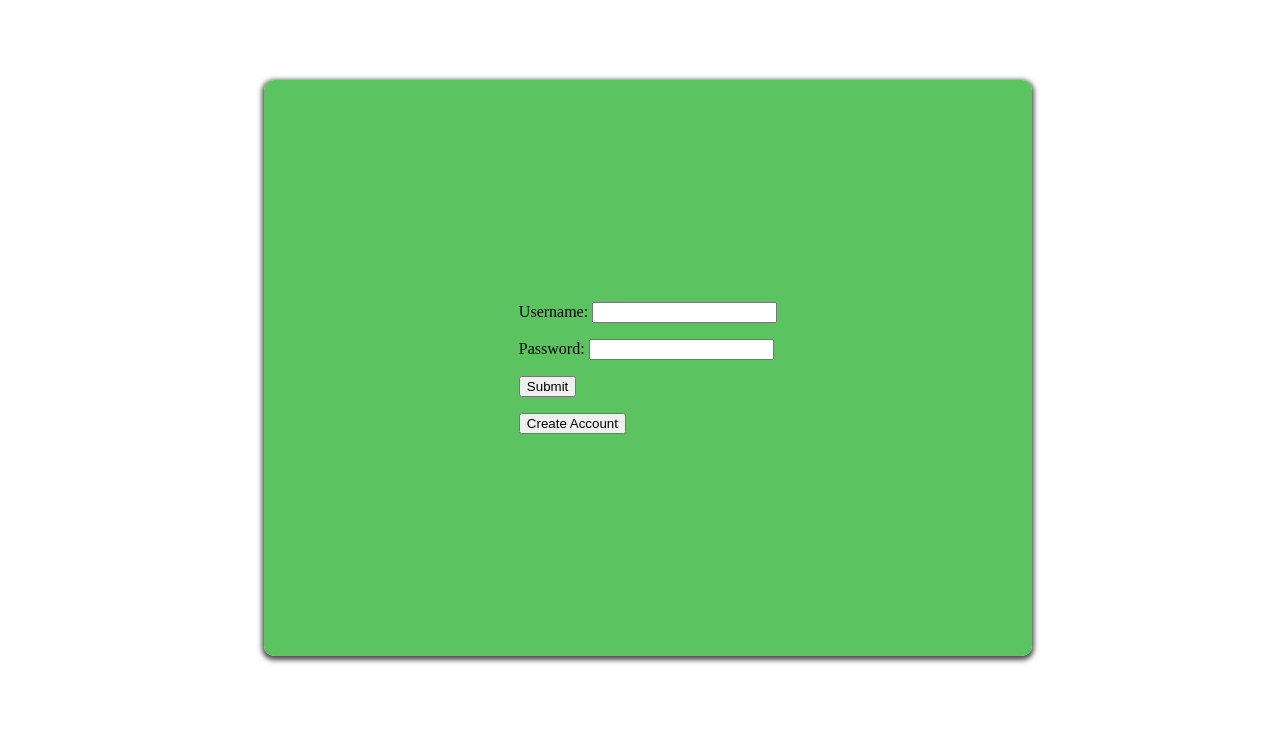
Repository: Jtho28/4830-group-project
Page: Esports-webproj/src/main/webapp/WEB-INF/Login.html
An editor plug-in stored every save of this project. The page is shown before and after the next save, followed by the edit.
The browser window is 1280 px wide. The page is 1288 px wide, so the pictures cover 1288 px, including what lies to the right of the window. The pictures show the whole page.

Above is the page before, as saved 2022-11-16 21:02:28.

### Esports-webproj/src/main/webapp/WEB-INF/Login.html
<!DOCTYPE html>
<html>
<head>
<meta charset="UTF-8">
<title>Login</title>
<link rel="stylesheet" href="login.css">
</head>
<body>
<div class="login">
<form action="Login" method="post">
<p>Username: <input type="text" name="username" /></p>
<p>Password: <input type="password" name="password" /></p>
<p><input type="submit" /></p>
<p><button type="button">
Create Account
</button>
</form>
</div>
</body>
</html>

### Esports-webproj/src/main/webapp/WEB-INF/login.css
@charset "UTF-8";

body {
	display: flex;
	align-items: center;
	justify-content: center;
	height: 100vh;
	width: 100vw;

}

.login {
	height: 80vh;
	width: 60vw;
	display: flex;
	align-items: center;
	justify-content: center;

	border-radius: 10px;
	background: rgba(50, 181, 55, .8);
	transition: ease all 0.5s;
	box-shadow: 0 2px 5px 2px rgba(0,0,0, .7)
}
.login:hover {
	background: rgba(50, 181, 55, .5);
}

h1 {
	color: yellow;
	margin-left: 20px;
}

After the next save:
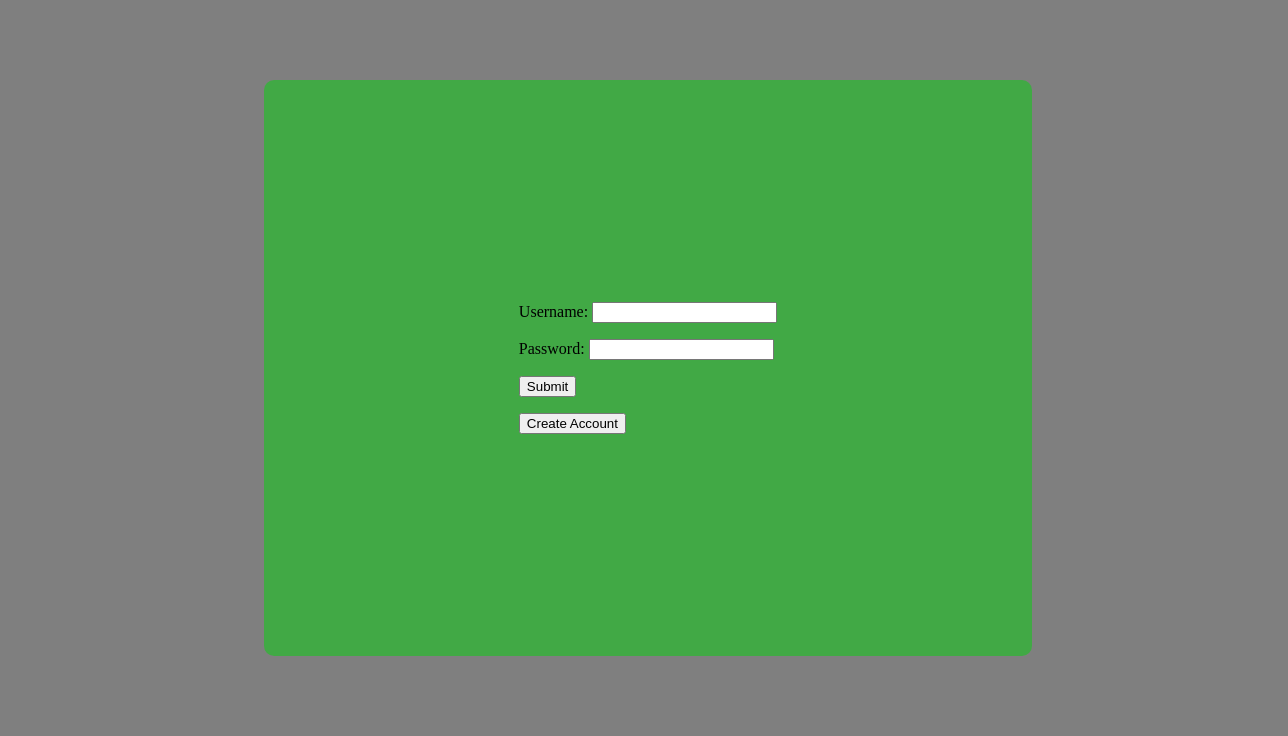
Saved 98 s later.
--- a/Esports-webproj/src/main/webapp/WEB-INF/login.css
+++ b/Esports-webproj/src/main/webapp/WEB-INF/login.css
@@ -6,6 +6,7 @@ body {
 	justify-content: center;
 	height: 100vh;
 	width: 100vw;
+	background: rgba(0,0,0, .5);
 
 }
 
@@ -19,7 +20,7 @@ body {
 	border-radius: 10px;
 	background: rgba(50, 181, 55, .8);
 	transition: ease all 0.5s;
-	box-shadow: 0 2px 5px 2px rgba(0,0,0, .7)
+	box-shadow: 0 2px px 2px rgba(0,0,0, .7)
 }
 .login:hover {
 	background: rgba(50, 181, 55, .5);
